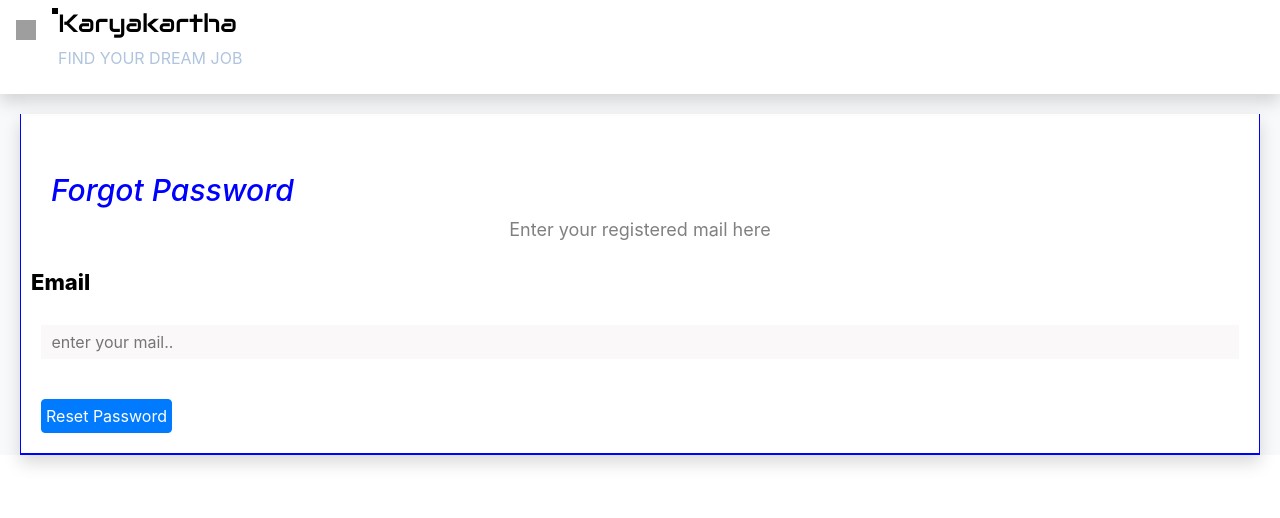
Repository: siri548/Karyakartha
Page: forgotPage.html
These files come from the project's save history. The page is drawn as it stood at one moment and after a run of saves; the edit follows.
The browser window is 1280 px wide. The pictures show the whole page.
Pictures or frames that could not be fetched are drawn as grey boxes.

Above is the page before, as saved 2023-11-04 17:54:11.
Console error (its wording comes from the project's code and is left out).

### forgotPage.html
<!DOCTYPE html>
<html lang="en">

<head>
    <meta charset="UTF-8">
    <meta name="viewport" content="width=device-width, initial-scale=1.0">
    <link rel="stylesheet" href="https://cdn.jsdelivr.net/npm/bootstrap@4.6.2/dist/css/bootstrap.min.css">
    <link rel="stylesheet" href="https://cdnjs.cloudflare.com/ajax/libs/font-awesome/6.4.0/css/all.min.css">

    <script src="https://cdn.jsdelivr.net/npm/bootstrap@4.6.2/dist/js/bootstrap.bundle.min.js" integrity="sha384-Fy6S3B9q64WdZWQUiU+q4/2Lc9npb8tCaSX9FK7E8HnRr0Jz8D6OP9dO5Vg3Q9ct" crossorigin="anonymous"></script>
    <script src="https://cdn.jsdelivr.net/npm/jquery@3.5.1/dist/jquery.slim.min.js" integrity="sha384-DfXdz2htPH0lsSSs5nCTpuj/zy4C+OGpamoFVy38MVBnE+IbbVYUew+OrCXaRkfj" crossorigin="anonymous"></script>
    <script src="https://cdn.jsdelivr.net/npm/popper.js@1.16.1/dist/umd/popper.min.js" integrity="sha384-9/reFTGAW83EW2RDu2S0VKaIzap3H66lZH81PoYlFhbGU+6BZp6G7niu735Sk7lN" crossorigin="anonymous"></script>

    <link rel="stylesheet" href="https://fonts.googleapis.com/css?family=Audiowide">

    <link rel="stylesheet" text="css/text" href="forgotPage.css">
</head>

<body>
    <div class="bg-forgotPage bg-light">
        <nav class="navbar navbar-expand-lg navbar-light bg-white shadow">
            <div class="d-flex flex-row justify-content-between">
                <div>
                    <a class=" navbar-brand " href="# ">
                        <i class="outer-icon bi bi-search ">
                      <img src = "D:\icons\trend.png " class = "inner-icon " />
                            </i>
                    </a>
                </div>
                <div class="forgotPage-verticlelineBrandname">
                </div>
                <div>
                    <h1 class="karykartaname">Karyakartha </h1>
                    <p class="karyakartha-tagline">FIND YOUR DREAM JOB</p>
                </div>
            </div> <button class=" navbar-toggler " type="button " data-toggle="collapse " data-target="#navbarNavAltMarkup " aria-controls="navbarNavAltMarkup " aria-expanded="false " aria-label="Toggle navigation ">
                    <span class="navbar-toggler-icon "></span>
                    </button>
            <div class="collapse navbar-collapse " id="navbarNavAltMarkup ">
                <div class="navbar-nav ml-auto ">
                    <a class="nav-link active " href="# ">
                        <span class="sr-only "></span>
                    </a>
                    <a class="nav-link " href="# "></a>
                    <a class="nav-link " href="# "></a>
                    <a class="nav-link " href="# "></a>
                </div>
            </div>
        </nav>
        <div class="forgotPage-card shadow">
            <div class="text-right ">

                <i class="forgotPage-closeIcon bi bi-x"></i>
            </div>

            <h1 class="forgotHeading ">Forgot Password</h1>
            <div class="text-center">
                <p class="forgotPage-para">Enter your registered mail here</p>
            </div>
            <div>
                <h1 class="forgotPage-emailHeading ">Email</h1>
            </div>
            <div class="forgotPage-inputContainer">
                <input type="text " placeholder=" enter your mail.." class="forgotPage-input">
                <div class="text-right "><i class="forgotPage-envelopeIcon bi bi-envelope-fill"></i>
                </div>
            </div>
            <button class="btn btn-primary forgotPage-resetButton">Reset Password</button>

        </div>
    </div>
</body>

</html>

### forgotPage.css
.bg-forgotpage {
    background-color: lightgrey;
}

.outer-icon {
    color: blue;
    width: 20px;
    height: 20px;
    background-size: cover;
}

.inner-icon {
    color: blue;
    font-size: 20px;
    width: 20px;
    height: 20px;
}

.forgotPage-verticlelineBrandname {
    width: 1px;
    height: 100%;
    background-color: black;
    padding: 3px;
}

.karykartaname {
    font-size: 25px;
    color: black;
    font-family: "Audiowide", sans-serif;
}

.forgotPage-card {
    background-color: white;
    border-color: blue;
    border-top: 0px;
    border-right: 1px solid blue;
    border-left: 1px solid blue;
    border-bottom: 2px solid blue;
    margin: 20px;
}

.forgotPage-closeIcon {
    color: black;
    font-size: 25px;
    padding-right: 10px;
}

.forgotHeading {
    color: blue;
    font-size: 30px;
    padding-left: 30px;
    padding-top: 20px;
    font-style: italic;
}

.karyakartha-tagline {
    color: lightsteelblue;
    font-size: 16px;
}

.forgotPage-para {
    color: grey;
    font-size: 18px;
}

.forgotPage-emailHeading {
    color: black;
    font-weight: 800;
    font-size: 22px;
    padding: 10px;
}

.forgotPage-envelopeIcon {
    color: rgb(29, 20, 20);
    font-size: 18px;
}

.forgotPage-inputContainer {
    background-color: rgb(250, 248, 248);
    padding: 4px;
    margin: 20px;
}

.forgotPage-input {
    background-color: rgb(250, 248, 248);
    border-width: 0px;
}

.forgotPage-resetButton {
    padding: 4px;
    margin : 20px;
}

After the next 3 saves:
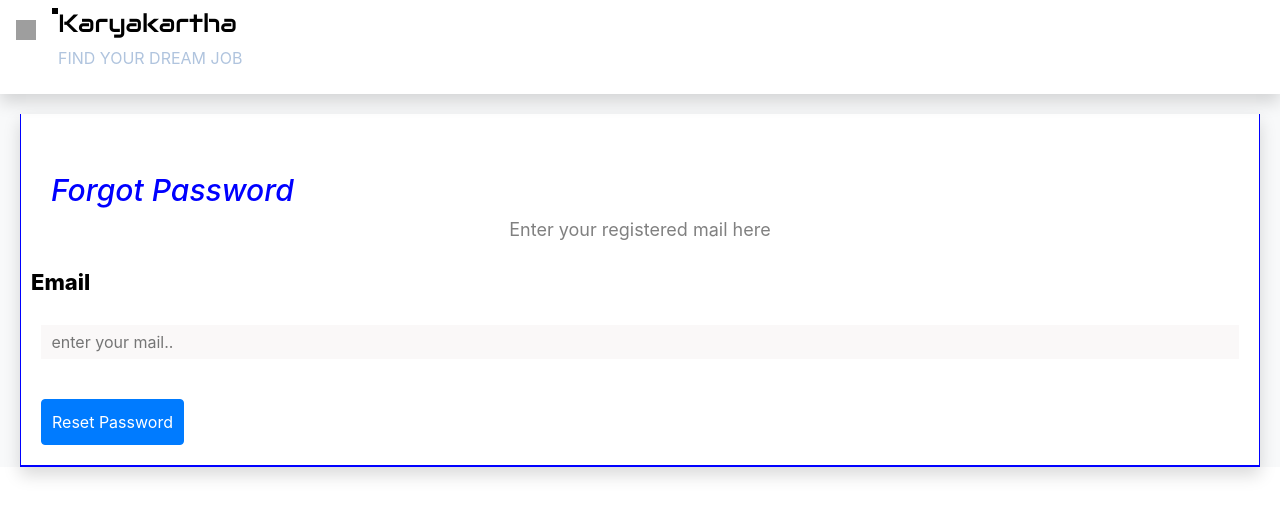
The 3 saves are shown as one change because they came seconds apart.
The last was saved 104 s later.
--- a/forgotPage.css
+++ b/forgotPage.css
@@ -87,6 +87,6 @@
 }
 
 .forgotPage-resetButton {
-    padding: 4px;
-    margin : 20px;
+    padding: 10px;
+    margin: 20px;
 }
